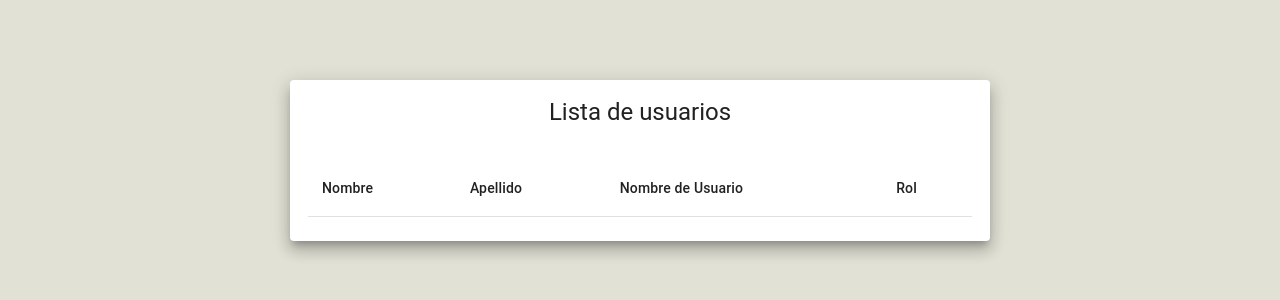
Repository: Mpablom/usuarioCaC-integrador-final-front
Page: /usuarios
These files come from the project's save history. The page is drawn as it stood at one moment and after the next save; the edit follows.
The browser window is 1280 px wide. The pictures show the whole page.
The page's requests for data from a server got no answer. The project was rebuilt for these pictures with package versions that can differ from the ones it lists, and the page was loaded fresh each time. No one was signed in, and anything a server would have sent is missing. Also part of the build but not shown: vite.config.ts, src/components/Login.tsx.

Above is the page before, as saved 2024-07-10 23:44:54.

### src/App.tsx
// App.tsx (o donde configures tus rutas)
import React from 'react';
import {
  BrowserRouter as Router,
  Route,
  Routes,
  Navigate,
} from 'react-router-dom';
import Login from './components/Login'; // Componente de inicio de sesión
import UsuariosTable from './components/UsuariosTable'; // Componente de la tabla de usuarios

const App: React.FC = () => {
  return (
    <Router>
      <Routes>
        <Route path="/login" element={<Login />} />
        <Route path="/usuarios" element={<UsuariosTable />} />
        <Route path="/" element={<Navigate to="/login" />} />
      </Routes>
    </Router>
  );
};

export default App;

### src/index.css
 :root {
  font-family: Inter, system-ui, Avenir, Helvetica, Arial, sans-serif;
  line-height: 1.5;
  /* font-weight: 400; */

  color-scheme: light dark;
  color: rgba(255, 255, 255, 0.87);
  background-color: #E1E1D5;

  font-synthesis: none;
  text-rendering: optimizeLegibility;
  -webkit-font-smoothing: antialiased;
  -moz-osx-font-smoothing: grayscale;
}
/*
a {
  font-weight: 500;
  color: #646cff;
  text-decoration: inherit;
}
a:hover {
  color: #535bf2;
}

body {
  margin: 0;
  display: flex;
  place-items: center;
  min-width: 320px;
  min-height: 100vh;
}

h1 {
  font-size: 3.2em;
  line-height: 1.1;
  color: #1a1a1a;
}

button {
  border-radius: 8px;
  border: 1px solid transparent;
  padding: 0.6em 1.2em;
  font-size: 1em;
  font-weight: 500;
  font-family: inherit;
  background-color: #1a1a1a;
  cursor: pointer;
  transition: border-color 0.25s;
}
button:hover {
  border-color: #646cff;
}
button:focus,
button:focus-visible {
  outline: 4px auto -webkit-focus-ring-color;
}

@media (prefers-color-scheme: light) {
  :root {
    color: #213547;
    background-color: #ffffff;
  }
  a:hover {
    color: #747bff;
  }
  button {
    background-color: #f9f9f9;
  }
}
 */

### src/components/UsuariosTable.tsx
import React, { useEffect, useState } from "react";
import {
  TableContainer,
  Table,
  TableHead,
  TableBody,
  TableRow,
  TableCell,
  Paper,
  Card,
  CardHeader,
  CardContent,
} from "@mui/material";
import { Usuario } from "../models/UsuarioModel";
import { getUsuarios } from "../axios/UsuarioApi";

const UsuariosTable: React.FC = () => {
  const [usuarios, setUsuarios] = useState<Usuario[]>([]);

  useEffect(() => {
    const fetchUsuarios = async () => {
      try {
        const usuariosData = await getUsuarios();
        setUsuarios(usuariosData);
      } catch (error) {
        console.error("Error fetching usuarios:", error);
      }
    };

    fetchUsuarios();
  }, []);

  return (
    <Card sx={{ maxWidth: 700, margin: "auto", boxShadow:'10', mt: 10 }}>
      <CardHeader
        title="Lista de usuarios"
        sx={{ textAlign: "center" }}
      ></CardHeader>
      <CardContent>
        <TableContainer component={Paper} sx={{ boxShadow:'none' }}>
          <Table>
            <TableHead>
              <TableRow>
                <TableCell>Nombre</TableCell>
                <TableCell>Apellido</TableCell>
                <TableCell>Nombre de Usuario</TableCell>
                <TableCell>Rol</TableCell>
              </TableRow>
            </TableHead>
            <TableBody>
              {usuarios.map((usuario) => (
                <TableRow key={usuario.id}>
                  <TableCell>{usuario.nombre}</TableCell>
                  <TableCell>{usuario.apellido}</TableCell>
                  <TableCell>{usuario.username}</TableCell>
                  <TableCell>{usuario.rol}</TableCell>
                </TableRow>
              ))}
            </TableBody>
          </Table>
        </TableContainer>
      </CardContent>
    </Card>
  );
};

export default UsuariosTable;

### src/axios/UsuarioApi.ts
import api from './Api';
import { Usuario, UsuarioLogin } from '../models/UsuarioModel';

export const getUsuarios = async (): Promise<Usuario[]> => {
  const response = await api.get('/usuarios');
  return response.data;
};

export const getUsuarioById = async (id: number): Promise<Usuario> => {
  const response = await api.get(`/usuarios/${id}`);
  return response.data;
};

export const createUsuario = async (usuario: Usuario): Promise<void> => {
  const response = await api.post('/usuarios', usuario);
  return response.data;
};

export const updateUsuario = async (id: number, usuario: Usuario): Promise<void> => {
  const response = await api.put(`/usuarios/${id}`, usuario);
  return response.data;
};

export const deleteUsuario = async (id: number): Promise<void> => {
  const response = await api.delete(`/usuarios/${id}`);
  return response.data;
};

export const restoreUsuario = async (id: number): Promise<void> => {
  const response = await api.patch(`/usuarios/${id}`);
  return response.data;
};
export const login = async (usuarioLogin: UsuarioLogin): Promise<Usuario> => {
    try {
        const response = await api.post(`/usuarios/login`, usuarioLogin);
        return response.data as Usuario; // Asegúrate de que response.data sea del tipo Usuario
    } catch (error) {
        if (error instanceof Error) {
            throw new Error(`Error al iniciar sesión: ${error.message}`);
        } else {
            throw new Error(`Error al iniciar sesión: Error desconocido`);
        }
    }
  }

### src/axios/api.ts
import axios from 'axios';

const api = axios.create({
  baseURL: 'http://localhost:8080',
  headers: {
    'Content-Type': 'application/json',
  },
});

export default api;

Loaded but not shown: index.html (common file); src/main.tsx (common file)

After the next save:
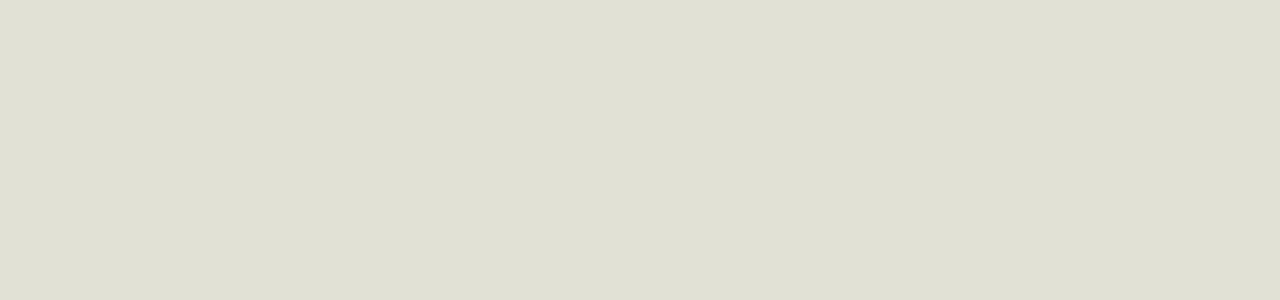
Console error: ReferenceError: Typography is not defined
Saved 31 s later.
--- a/src/components/UsuariosTable.tsx
+++ b/src/components/UsuariosTable.tsx
@@ -32,10 +32,13 @@
 
   return (
     <Card sx={{ maxWidth: 700, margin: "auto", boxShadow:'10', mt: 10 }}>
-      <CardHeader
+      {/* <CardHeader
         title="Lista de usuarios"
         sx={{ textAlign: "center" }}
-      ></CardHeader>
+      ></CardHeader> */}
+      <Typography variant="h4" component="h1" gutterBottom>
+        Inicio de Sesión
+      </Typography>
       <CardContent>
         <TableContainer component={Paper} sx={{ boxShadow:'none' }}>
           <Table>

After the 2 saves that followed:
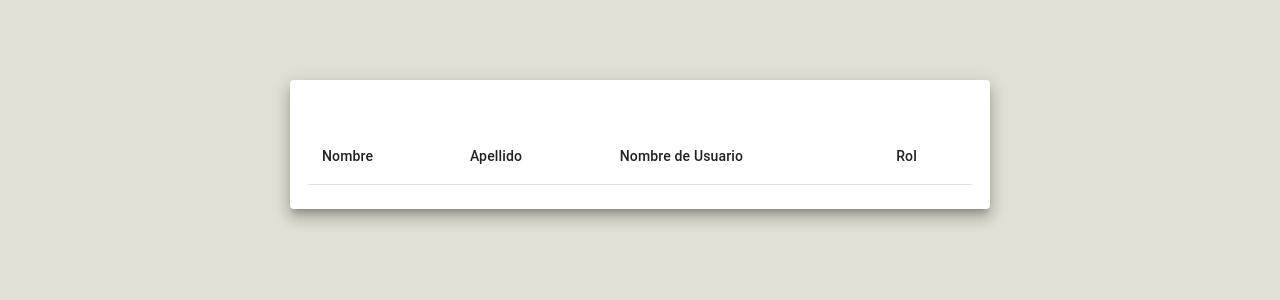
The error is gone.
The 2 saves are shown as one change because 1 left the picture as it was.
The last was saved 47 s later.
--- a/src/components/UsuariosTable.tsx
+++ b/src/components/UsuariosTable.tsx
@@ -10,6 +10,7 @@
   Card,
   CardHeader,
   CardContent,
+  Typography,
 } from "@mui/material";
 import { Usuario } from "../models/UsuarioModel";
 import { getUsuarios } from "../axios/UsuarioApi";
@@ -32,13 +33,14 @@
 
   return (
     <Card sx={{ maxWidth: 700, margin: "auto", boxShadow:'10', mt: 10 }}>
-      {/* <CardHeader
-        title="Lista de usuarios"
-        sx={{ textAlign: "center" }}
-      ></CardHeader> */}
-      <Typography variant="h4" component="h1" gutterBottom>
+      <CardHeader
+       /*  title="Lista de usuarios"
+        sx={{ textAlign: "center" }} */
+      >
+        <Typography variant="h4" component="h1" gutterBottom>
         Inicio de Sesión
       </Typography>
+      </CardHeader>
       <CardContent>
         <TableContainer component={Paper} sx={{ boxShadow:'none' }}>
           <Table>
